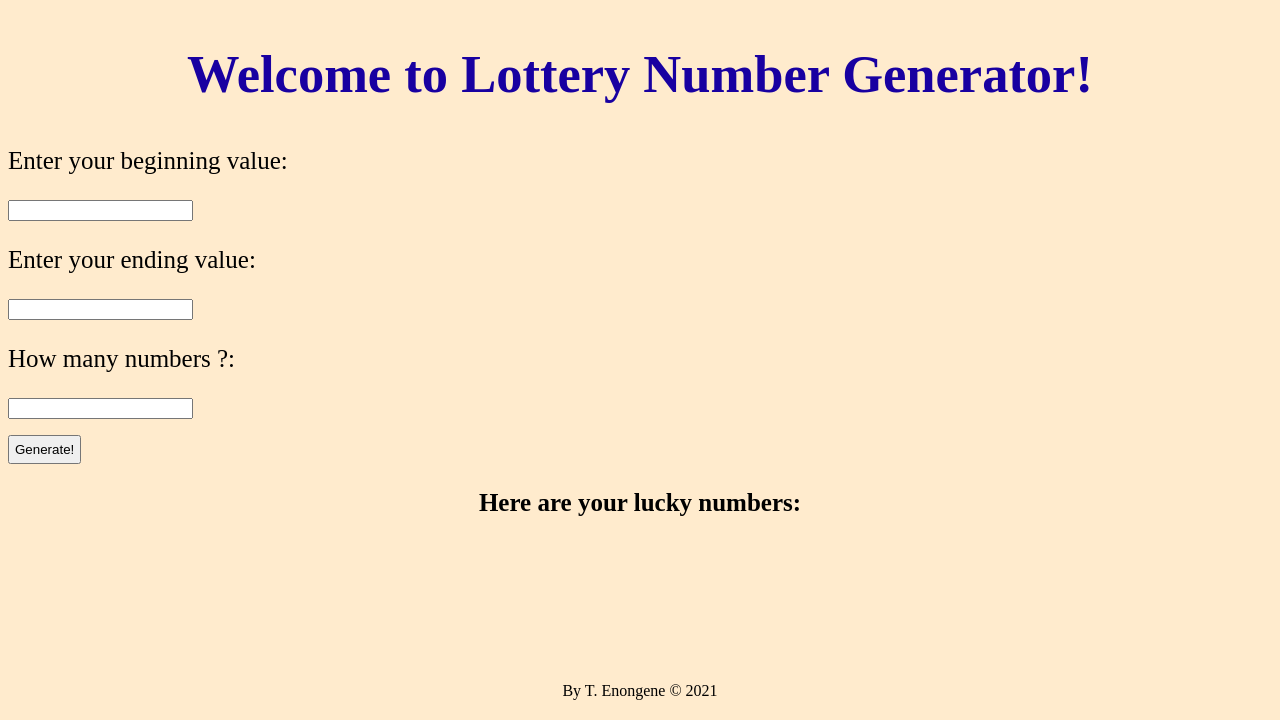
Repository: tenongene/Basic-Lottery
Page: index.html
These files come from the project's save history. The page is drawn as it stood at one moment and after a run of saves; the edit follows.
The browser window is 1280 px wide. The pictures show the whole page.

Above is the page before, as saved 2022-09-08 21:17:25.

### index.html
<!DOCTYPE html>
<html lang="en">
<head>
    <meta charset="UTF-8">
    <meta http-equiv="X-UA-Compatible" content="IE=edge">
    <meta name="viewport" content="width= device-width, initial-scale=1">
    <title>Lottery Number Generator</title>
    <link rel="stylesheet" href="style1.css">
</head>
<body>
    <div class="title">
        <h2>Welcome to Lottery Number Generator!</h2>
    </div>
    <p class = 'input'>Enter your beginning value:</p>
    <input type="number" class='start'>



    <p class = 'input'>Enter your ending value:</p>
    <input type="number" class='end'>

    <p class = 'input'>How many numbers ?:</p>

    <input type="number" class='qty'>

    <div>

    <p><button class="btn">Generate!</button></p>

    <div>
        <h3 class = 'result'>Here are your lucky numbers:</h3>
        <p class = "lucky"></p>
    </div>
    <script src="lottery.js"></script>

    <footer class="footer">By T. Enongene &copy 2021 </footer>
</body>


</html>

### style1.css
body {
  background-color: blanchedalmond;
}

.title {
  font-size: 35px;
  text-align: center;
  color: rgb(24, 0, 161);
}

.input {
  font-size: 25px;
  text-align: left;
}

.start,
.end,
.qty {
  text-align: center;
}
.result {
  text-align: center;
  font-size: 25px !important;
}

.lucky {
  text-align: center;
  font-size: 40px !important;
  border-top: 100px;
  padding-top: 25px;
  color: forestgreen;
}

.btn {
  padding: 5px;
  align-content: space-around;
}

.footer {
  text-align: center;
  display: block;
  margin-top:100px

}

### lottery.js
'use strict';

// let beginValue = 2;
// let endValue = 70;
// let qty = 6;

document.querySelector('.btn').addEventListener('click', function () {
	let beginValue = Number(document.querySelector('.start').value);
	let endValue = Number(document.querySelector('.end').value);
	let qty = Number(document.querySelector('.qty').value);
	let randNums = new Set();

	while (randNums.size < qty) {
		randNums.add(Math.trunc(Math.random() * endValue) + 1);
	}
	document.querySelector('.lucky').textContent = [...randNums];
});

After the next 2 saves:
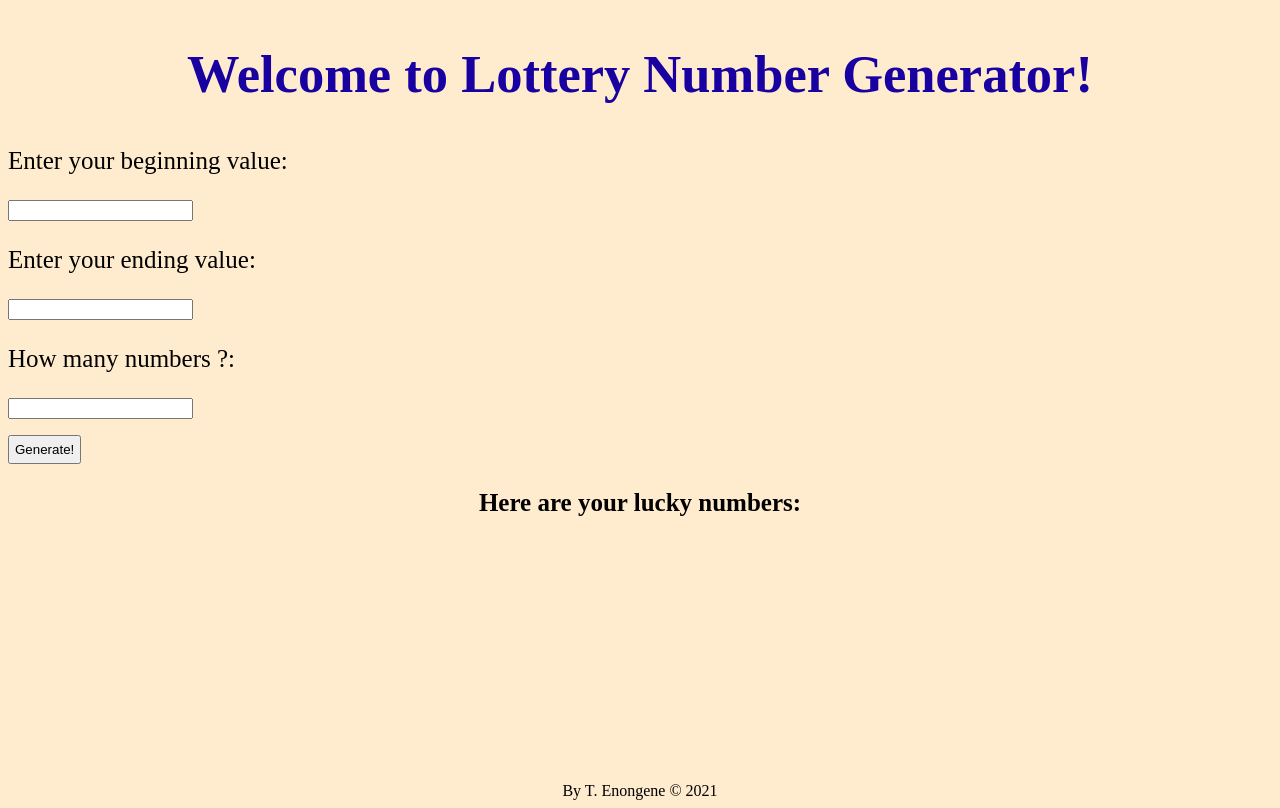
The 2 saves are shown as one change because they came seconds apart.
The last was saved 8 s later.
--- a/style1.css
+++ b/style1.css
@@ -39,6 +39,6 @@ body {
 .footer {
   text-align: center;
   display: block;
-  margin-top:100px
+  margin-top:200px
 
 }
